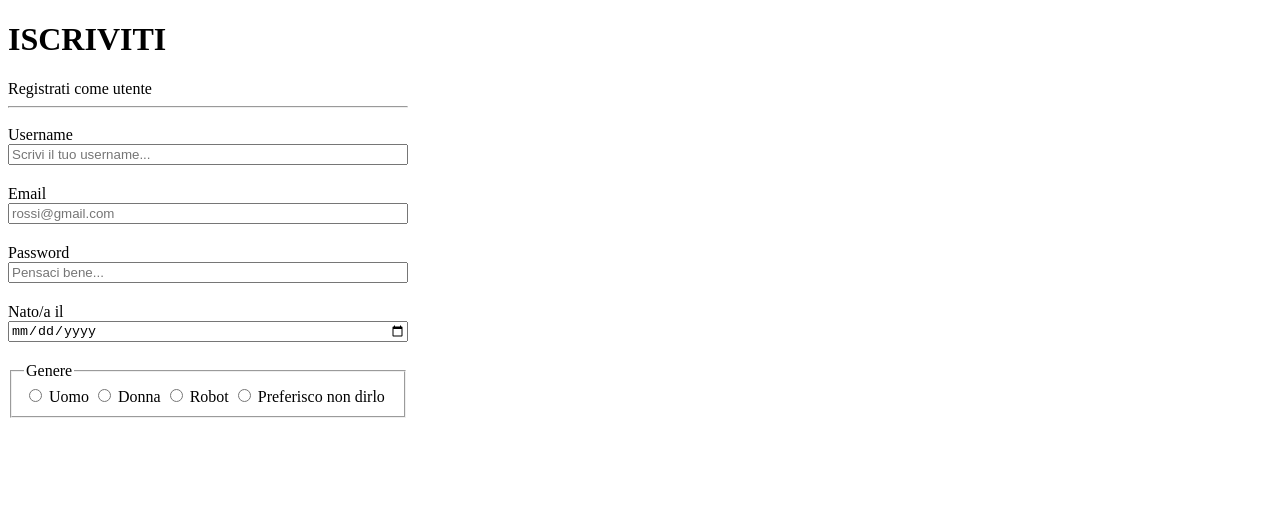
Repository: CryptoFamilyNFT/develhope
Page: html/form.html
These files come from the project's save history. The page is drawn as it stood at one moment and after the next save; the edit follows.
The browser window is 1280 px wide. The pictures show the whole page.

Above is the page before, as saved 2024-11-06 16:15:31.

### html/form.html
<!DOCTYPE html>
<html lang="en">
  <head>
    <meta charset="UTF-8" />
    <meta name="viewport" content="width=device-width, initial-scale=1.0" />
    <title>Document</title>
  </head>
  <style>
    form {
      max-width: 400px;
    }
    .container {
      display: flex;
      flex-direction: column;
      gap: 20px;
      padding-top: 10px;
    }

    .section {
      display: flex;
      flex-direction: column;
    }
  </style>
  <body>
    <form>
      <h1>ISCRIVITI</h1>
      <body1>Registrati come utente</body1>
      <hr />
      <div class="container">
        <div class="section">
          <label for="Username">Username</label>
          <input
            name="Username"
            id="username"
            placeholder="Scrivi il tuo username..."
          />
        </div>
        <div class="section">
          <label for="Email">Email</label>
          <input
            name="Email"
            id="Email"
            type="email"
            placeholder="rossi@gmail.com"
          />
        </div>
        <div class="section">
          <label for="password">Password</label>
          <input
            name="password"
            id="password"
            type="password"
            placeholder="Pensaci bene..."
          />
        </div>
        <div class="section">
          <label for="data_nascita">Nato/a il</label>
          <input
            name="data_nascita"
            id="data_nascita"
            type="date"
            min="1930-01-01"
            max="2023-31-12"
            placeholder="Pensaci bene..."
          />
        </div>
        <fieldset>
          <legend>Genere</legend>
          <div>
            <label for="Uomo">
              <input name="genere" id="genere_u" type="radio" value="Uomo" />
              Uomo
            </label>
            <label for="Donna">
              <input name="genere" id="genere_d" type="radio" value="Donna" />
              Donna
            </label>
            <label for="Donna">
              <input name="genere" id="genere_d" type="radio" value="Donna" />
              Robot
            </label>
            <label for="Unknow">
              <input
                name="genere"
                id="genere_unknow"
                type="radio"
                value="Unknow"
              />
              Preferisco non dirlo
            </label>
          </div>
        </fieldset>
      </div>
    </form>
  </body>
</html>

After the next save:
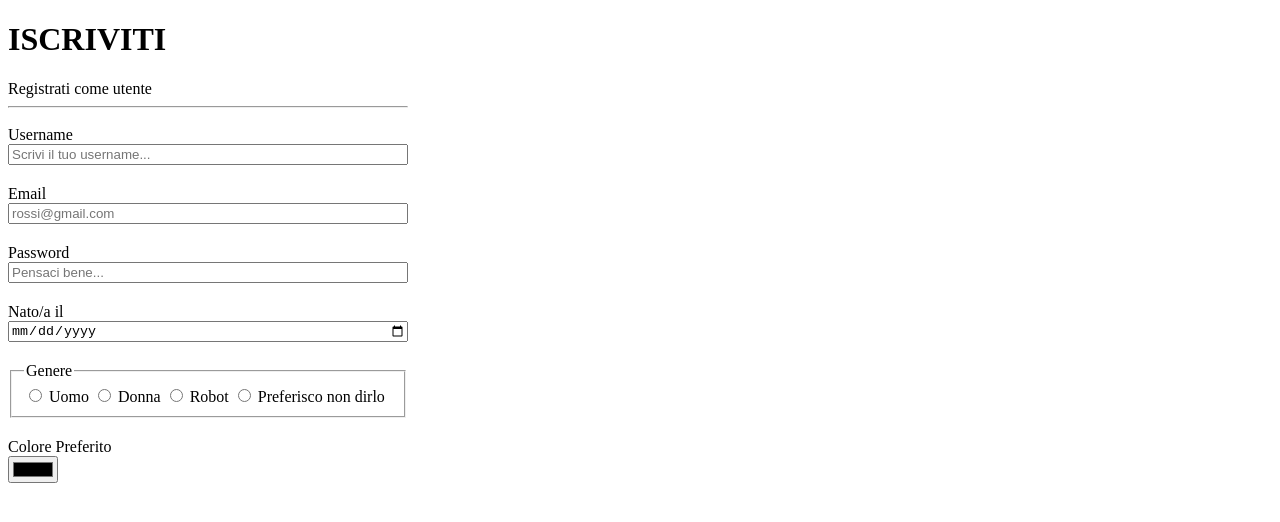
Saved 113 s later.
--- a/html/form.html
+++ b/html/form.html
@@ -90,6 +90,10 @@
             </label>
           </div>
         </fieldset>
+        <div class="section">
+            <label for="colore_preferito">Colore Preferito</label>
+            <input id="colore_preferito" name="colore_preferito" type="color"/>
+        </div>
       </div>
     </form>
   </body>
